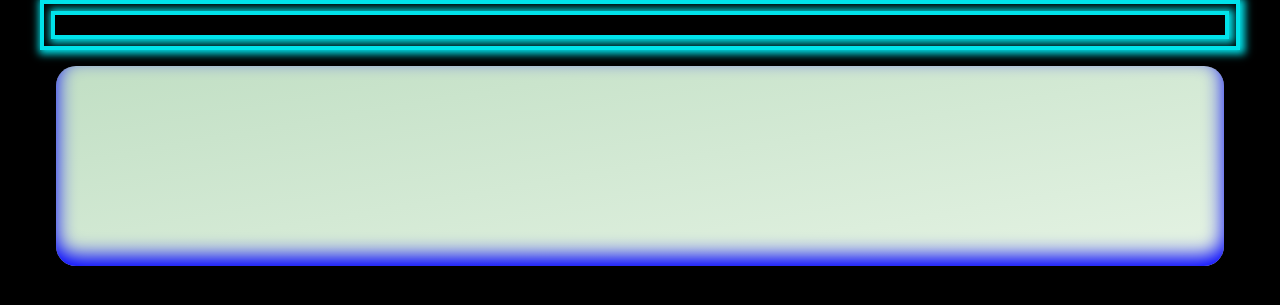
Repository: KhangNguyen3006/WebUI-UX
Page: /
An editor plug-in stored every save of this project. The page is shown before and after the next save, followed by the edit.
The browser window is 1280 px wide. The pictures show the whole page.
The project was rebuilt for these pictures with package versions that can differ from the ones it lists, and the page was loaded fresh each time. Also part of the build but not shown: src/App.css.

Above is the page before, as saved 2023-05-04 00:09:55.

After the next save:
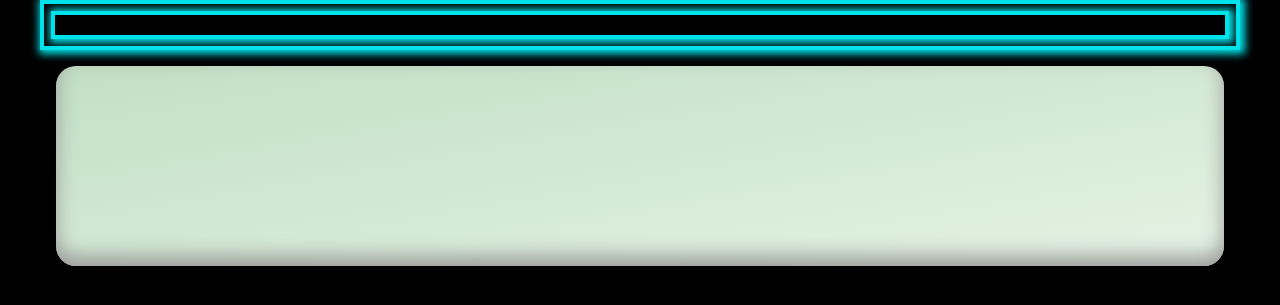
Saved 27 s later.
--- a/src/assets/css/Home.css
+++ b/src/assets/css/Home.css
@@ -13,7 +13,7 @@
 .rectangle-linear-gradient {
     height: 200px;
     border-radius: 20px;
-    box-shadow: 0px -10px 20px blue inset;
+    box-shadow: 0px -10px 20px #9C9D9C inset;
     background-image: linear-gradient(to bottom right, #C1DFC4, #E5F3E4);
 }
 
